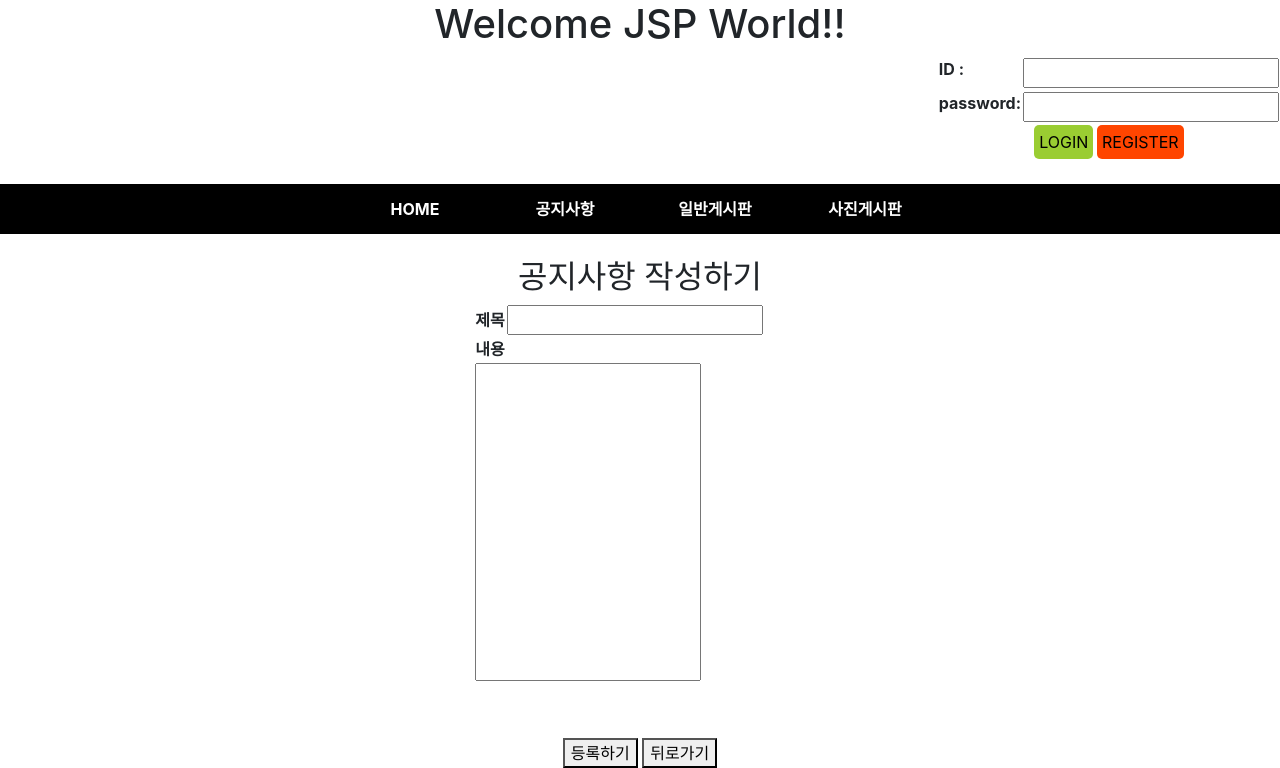
Repository: BrianH29/BH_webserver_workspace2
Page: http://localhost/jspProject/views/notice/noticeEnrollForm.jsp
These files come from the project's save history. The page is drawn as it stood at one moment and after the next save; the edit follows.
The browser window is 1280 px wide. The pictures show the whole page.
The page is served by Tomcat 9. Other server files are loaded and not shown.

Above is the page before, as saved 2020-09-08 02:18:08.

### jspProject/WebContent/views/notice/noticeEnrollForm.jsp
<%@ page language="java" contentType="text/html; charset=UTF-8"
    pageEncoding="UTF-8"%>
<!DOCTYPE html>
<html>
<head>
<meta charset="UTF-8">
<title>Insert title here</title>
</head>
<body>
	<%@ include file="../common/menubar.jsp" %>

	<div class="outer">
        <br>
        <h2 align="center">공지사항 작성하기</h2>

        <form id="enrollForm" action="" method="post">
            <table align="center">
                <tr>
                    <th>제목</th>
                    <td colspan="3" width="300px"><input type="text" name="title"></td>
                </tr>
                <tr>
                    <th>내용</th>
                    <td colspan="3"></td>
                </tr>

                <tr>
                    <td colspan="4">
                        <textarea name="content" style="resize:none" rows="13"></textarea>
                    </td>
                </tr>

                <tr>
                    <td></td>
                    <td></td>
                    <td></td>
                    <td></td>
                </tr>
            </table>
            <br><br>
            <div align="center">
                <button type="submit">등록하기</button>
                <button type="button" onclick="history.back();">뒤로가기</button>
            </div>

        </form>
    </div>
</body>
</html>

### jspProject/WebContent/views/common/menubar.jsp
<%@ page language="java" contentType="text/html; charset=UTF-8"
	pageEncoding="UTF-8"%>
<%@page import="com.kh.member.model.vo.Member" %>
<%
	String contextPath = request.getContextPath();

	Member loginUser = (Member)session.getAttribute("loginUser");
	// 로그인 전 : null
	// 로그인 후 : 로그인 성공한 회원정보들이 담겨있는 객체

	String alertMsg = (String)session.getAttribute("alertMsg");
	// > 서비스 요청 전: null
	// > 서비스 요청 성공 후 : alert띄어줄 메시지 문구
%>
<!DOCTYPE html>
<html>
<head>
<meta charset="UTF-8">
<title>Insert title here</title>
<style>
#loginForm, #userInfo {
	float: right;
}

#loginForm button {
	border: none;
	padding: 5px;
	border-radius: 5px;
}

#loginForm button:first-child {
	background: yellowgreen;
}

#loginForm button:last-child {
	background: orangered;
}

#userInfo a {
	color: black;
	text-decoration: none;
	font-size: 12px;
}

.navWrap {
	background: black;
}

.menu {
	display: table-cell;
	height: 50px;
	width: 150px;
}

.menu a {
	text-decoration: none;
	color: white;
	font-weight: bold;
	font-size: 16px;
	display: block;
	width: 100%;
	height: 100%;
	line-height: 50px;
}

.menu a:hover{text-decoration:none; color:white;}
.menu:hover {
	background: darkgrey;
}
</style>
<link rel="stylesheet" href="https://maxcdn.bootstrapcdn.com/bootstrap/4.5.2/css/bootstrap.min.css">
    <script src="https://ajax.googleapis.com/ajax/libs/jquery/3.5.1/jquery.min.js"></script>
    <script src="https://cdnjs.cloudflare.com/ajax/libs/popper.js/1.16.0/umd/popper.min.js"></script>
    <script src="https://maxcdn.bootstrapcdn.com/bootstrap/4.5.2/js/bootstrap.min.js"></script>

<script>
	$(function(){
		var msg = "<%= alertMsg %>"; //자바스크립트 변수

		if(msg != "null"){ // msg가 담겨있을 경우
			alert(msg);
			//알람창 띄어준 후에 session에 담긴 메세지 지워야됨
			//안그러면 menubar.jsp가 포함되어있는 페이지 열때마나다 alert 계속뜰거임
			<% session.removeAttribute("alertMsg"); %>
		}
	});//e.function
</script>
</head>
<body>
	<h1 align="center">Welcome JSP World!!</h1>

	<div class="loginArea">

		<% if(loginUser == null) { %>

		<!-- 1. 로그인 전에 보여지는 로그인 form -->
		<form id="loginForm" action="<%=request.getContextPath() %>/login.me" method="post">
			<table>
				<tr>
					<th><label for="userId">ID : </label></th>
					<td><input type="text" id="userId" name="userId" required></td>
				</tr>
				<tr>
					<th><label for="userPwd">password:</label></th>
					<td><input type="password" id="userPwd" name="userPwd"
						required></td>
				</tr>
				<tr>
					<th colspan="2" style="text-align:center;">
						<button type="submit">LOGIN</button>
						<button type="button" onclick="enrollPage();">REGISTER</button>
					</th>
				</tr>
			</table>
		</form>
		<script>
			function enrollPage(){
				//location.href="/jsp/views/member/memberEnrollForm.jsp";
				// 웹 어플리케이션의 디렉토리 구조가 url에 노출되면 보안에 위험

				// 단순한 정적인 페이지 이동이라고 해도 반드시 servlet 거쳐갈것!! => url에	 서블릿 매핑값만 노출됨!
				location.href="<%=request.getContextPath()%>/enrollForm.me";

			}
		</script>
		<%} else { %>
		<!-- 2.로그인 성공 후 보여지는 div-->
        <div id="userInfo">
            <b><%=loginUser.getUserName() %>님</b>의 방문을 환영합니다. <br><br>

            <div align="center">
                <a href="<%= contextPath %>/myPage.me">MyPage</a>
                <a href="<%=request.getContextPath() %>/logout.me">Logout</a>
            </div>
        </div>
		<%} %>

	</div> <!-- e.loginArea -->

	<br clear="both">
	<!-- 위 내용들 무시-->
	<br>

	<div class="navWrap" align="center">
		<div class="menu">
			<a href="<%= contextPath%>">HOME</a>
		</div>
		<div class="menu">
			<a href="<%= contextPath %>/list.no">공지사항</a>
		</div>
		<div class="menu">
			<a href="<%= contextPath%>/list.bo?currentPage=1">일반게시판</a>
		</div>
		<div class="menu">
			<a href="<%=contextPath%>/list.th">사진게시판</a>
		</div>
	</div>
</body>
</html>

After the next save:
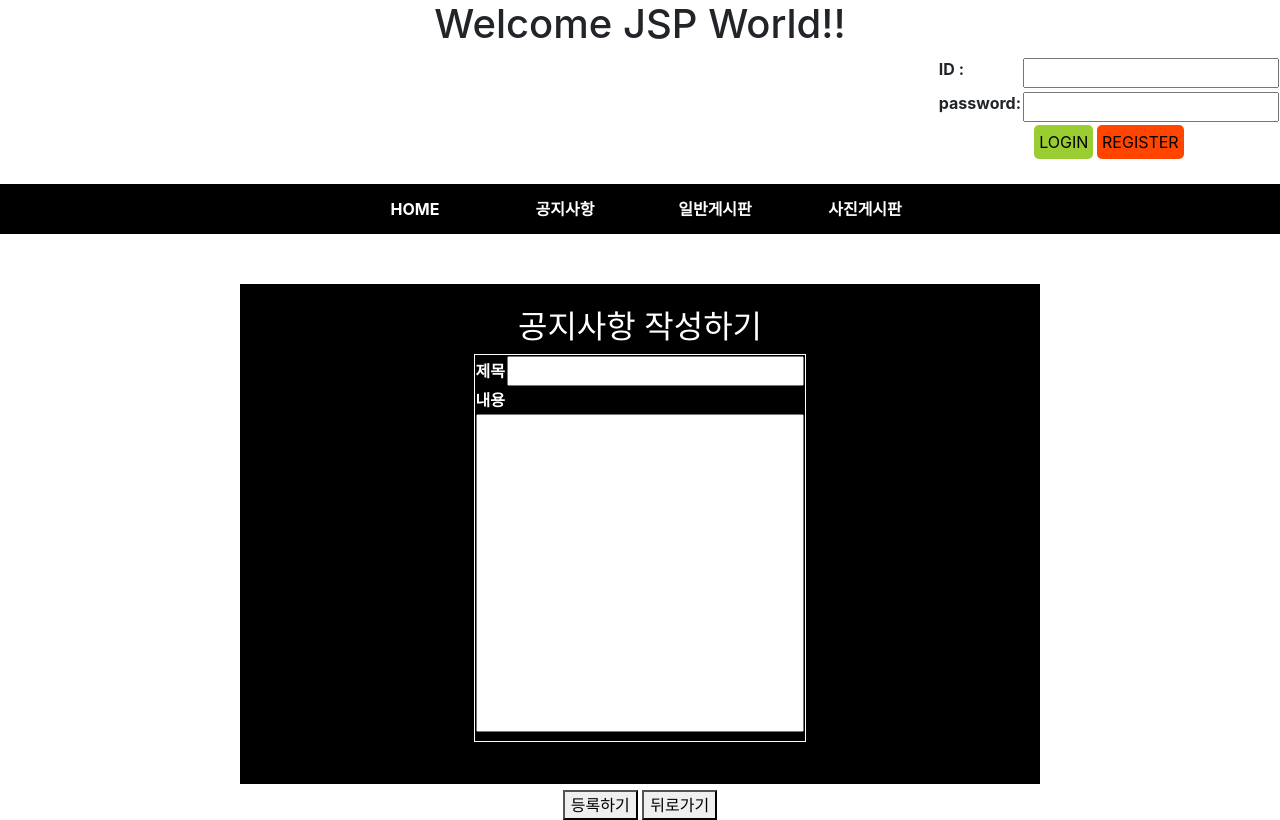
Saved 22 s later.
--- a/jspProject/WebContent/views/notice/noticeEnrollForm.jsp
+++ b/jspProject/WebContent/views/notice/noticeEnrollForm.jsp
@@ -5,6 +5,23 @@
 <head>
 <meta charset="UTF-8">
 <title>Insert title here</title>
+ <style>
+        .outer{
+            background:black;
+            color:white;
+            width:800px;
+            height:500px;
+            margin:auto;
+            margin-top:50px;
+        }
+        #enrollForm>table{
+            border:1px solid white;
+        }
+        #enrollForm input, #enrollForm textarea{
+            width:100%;
+            box-sizing:border-box;
+        }
+    </style>
 </head>
 <body>
 	<%@ include file="../common/menubar.jsp" %>
